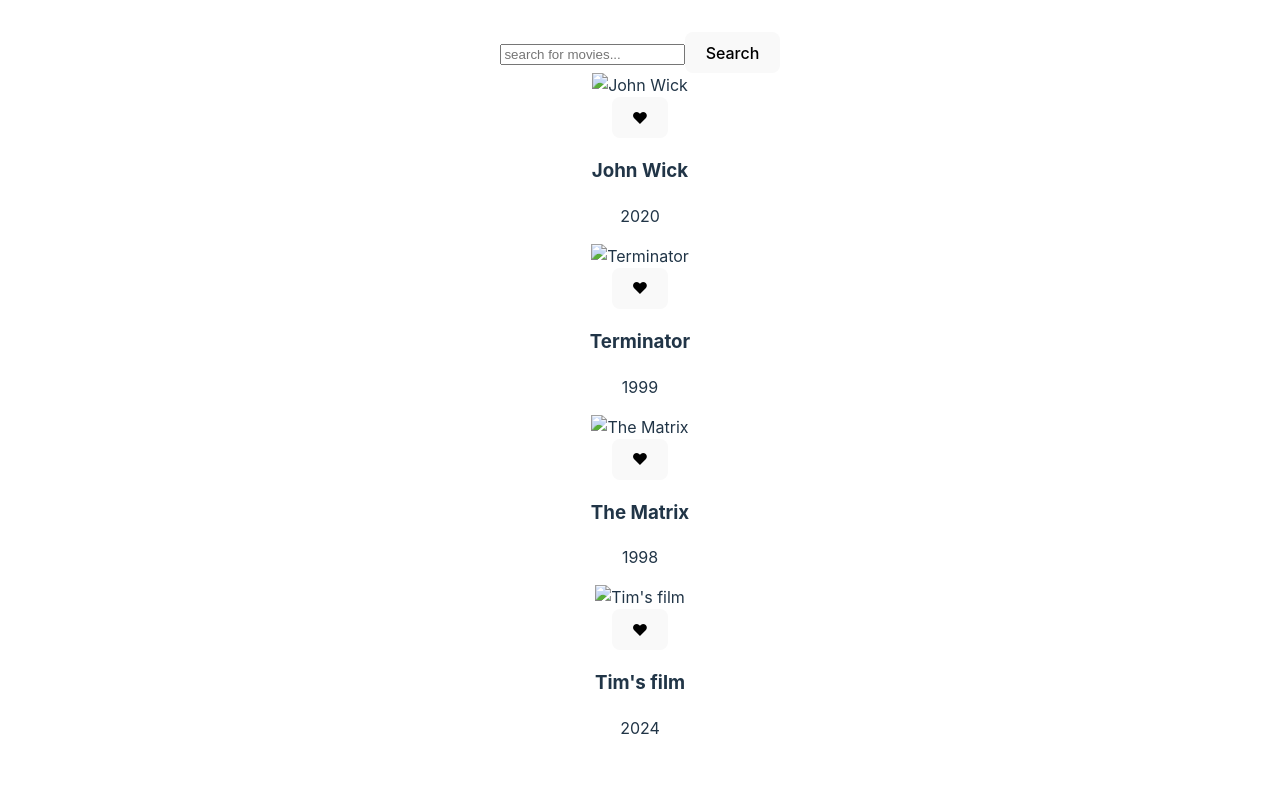
Repository: gogg23/movie-app
Page: / (app in movie app/)
These files come from the project's save history. The page is drawn as it stood at one moment and after the next save; the edit follows.
The browser window is 1280 px wide. The pictures show the whole page.
The project was rebuilt for these pictures with package versions that can differ from the ones it lists, and the page was loaded fresh each time. Also part of the build but not shown: movie app/vite.config.js.

Above is the page before, as saved 2025-02-20 17:19:31.

After the next save:
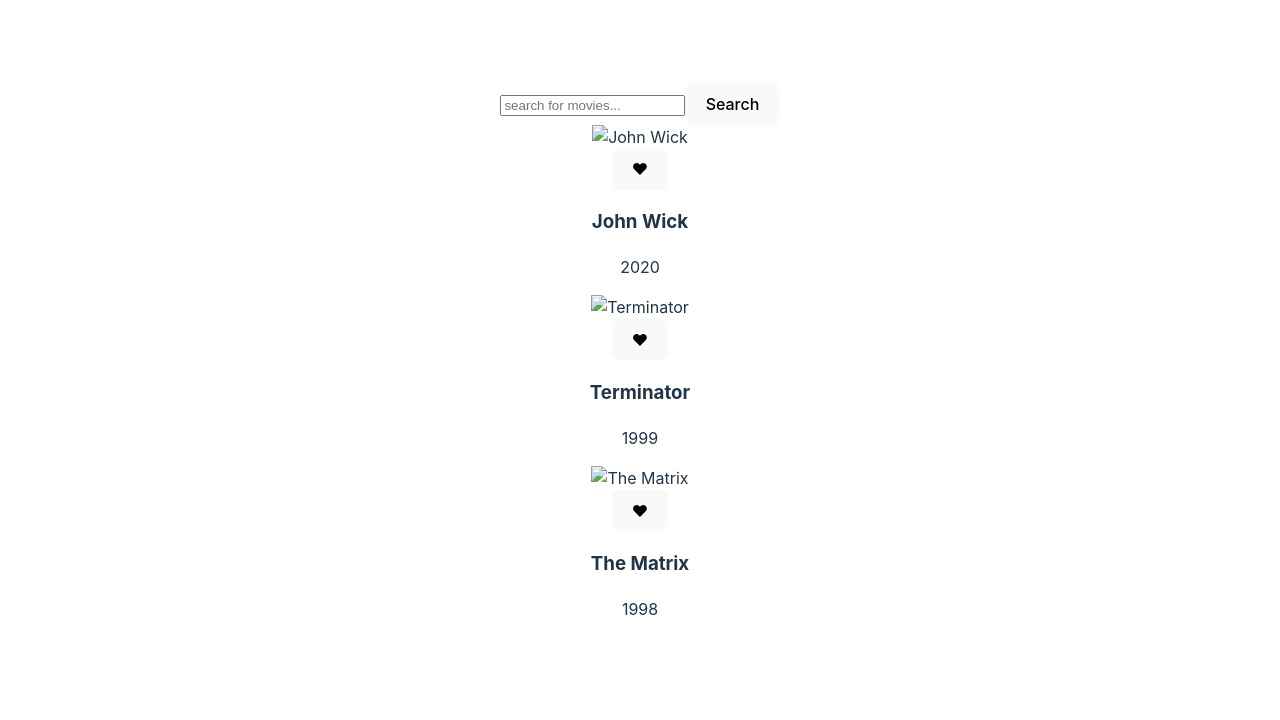
Saved 3 h 28 min later.
--- a/movie app/src/App.jsx
+++ b/movie app/src/App.jsx
@@ -1,13 +1,14 @@
 import './App.css';
 import Home from './pages/Home';
-import MovieCard from './components/MovieCard';
+import { Routes, Route } from 'react-router-dom';
 
 function App() {
   return (
-    <>
-      <Home />
-      <MovieCard movie={{ title: "Tim's film", release_date: '2024' }} />
-    </>
+    <main className='main-content'>
+      <Routes>
+        <Route path='/' element={<Home />} />
+      </Routes>
+    </main>
   );
 }
 
